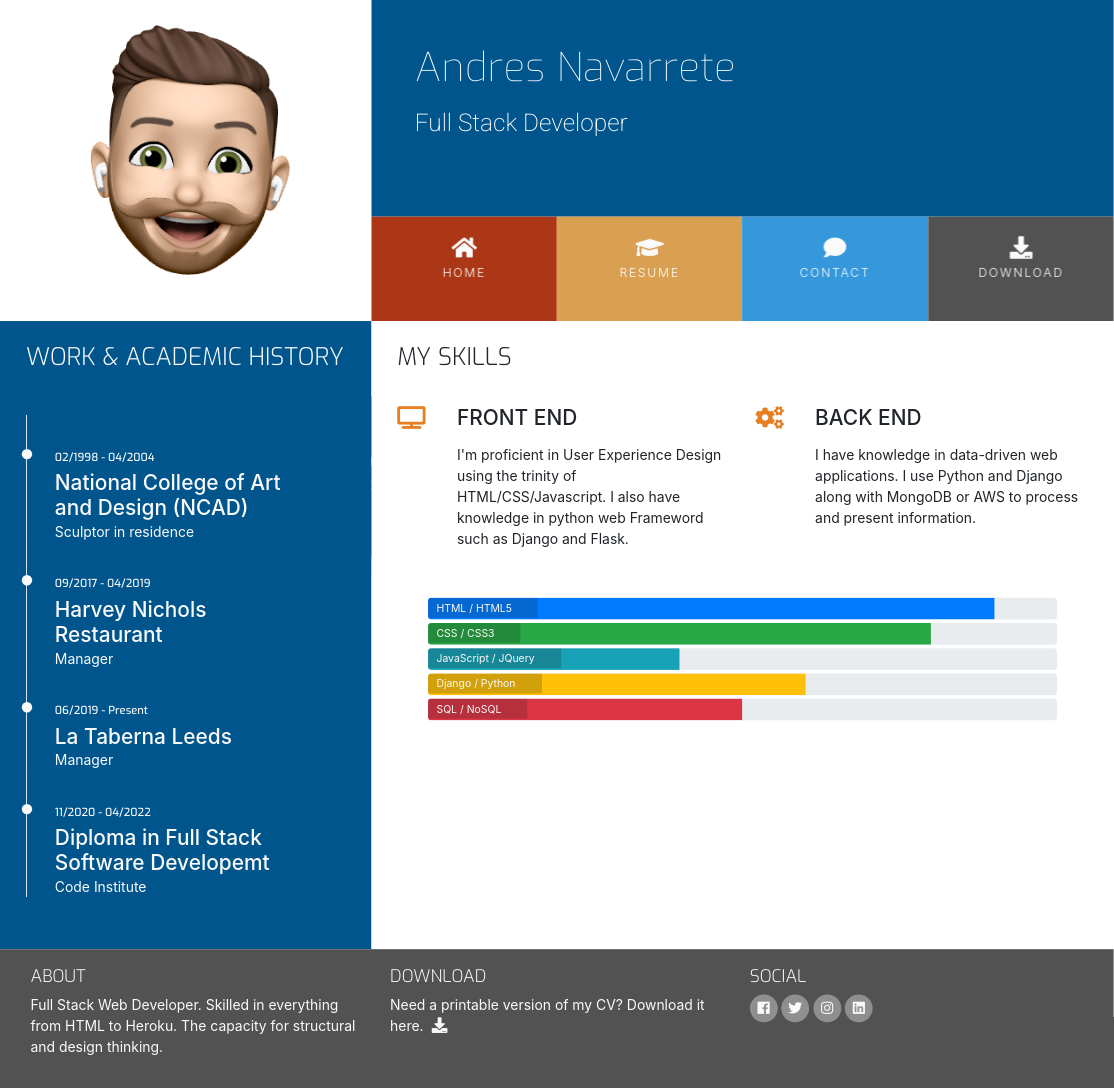
Repository: andna5980/cloud9-workspace
Page: resume.html
An editor plug-in stored every save of this project. The page is shown before and after the next save, followed by the edit.
The browser window is 1280 px wide. The pictures show the whole page, at 87% of full size.
Some web libraries are served in a nearby version.

Above is the page before, as saved 2022-04-24 10:18:31.

After the next save:
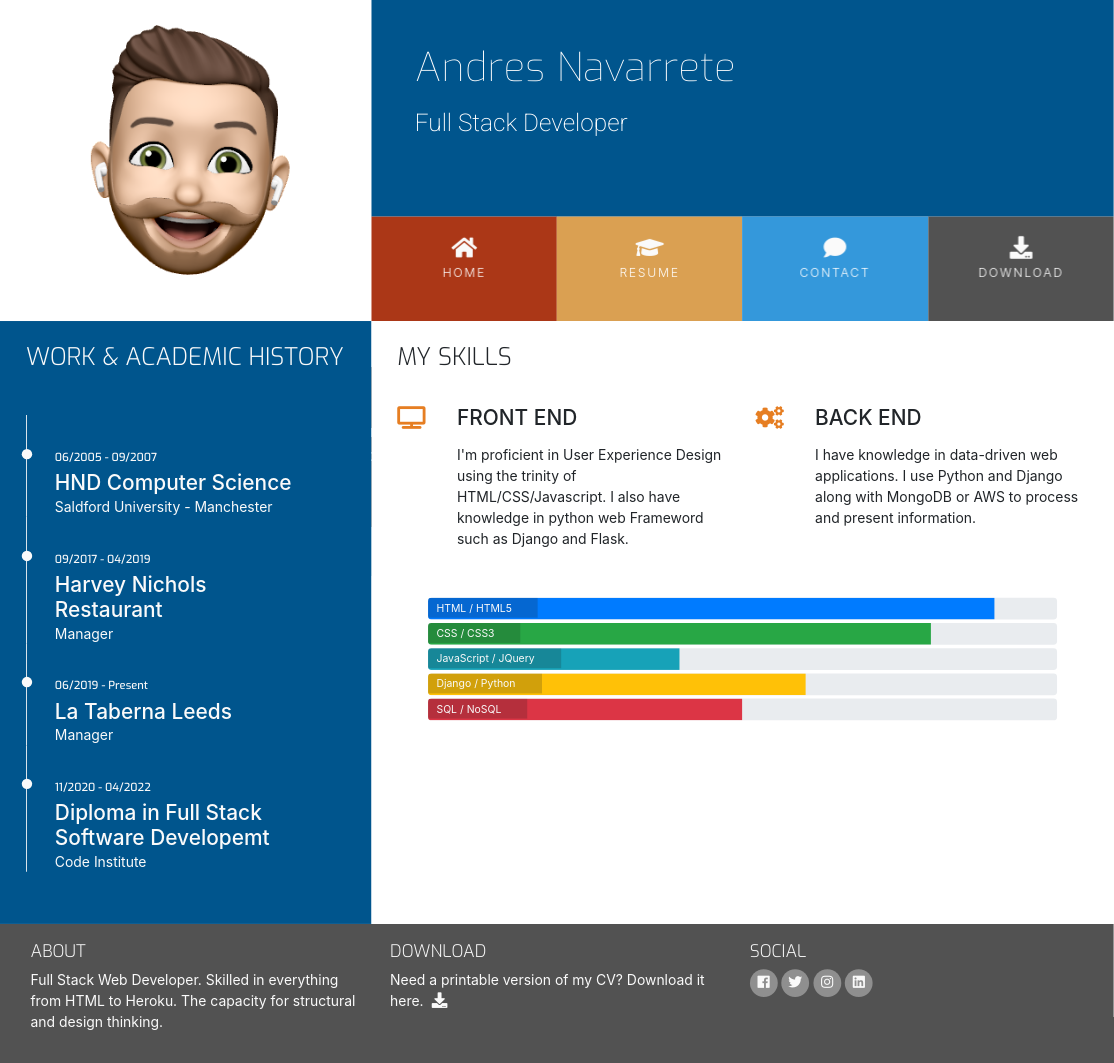
Saved 103 s later.
--- a/resume.html
+++ b/resume.html
@@ -66,9 +66,9 @@
                     </div>
                 </div>
                 <div class="history-items">
-                    <div class="timeline-item" data-dates="02/1998 - 04/2004">
-                        <h4>National College of Art and Design (NCAD)</h4>
-                        <p>Sculptor in residence</p>
+                    <div class="timeline-item" data-dates="06/2005 - 09/2007">
+                        <h4>HND Computer Science</h4>
+                        <p>Saldford University - Manchester</p>
                     </div>
                     <div class="timeline-item" data-dates="09/2017 - 04/2019">
                         <h4>Harvey Nichols Restaurant</h4>
